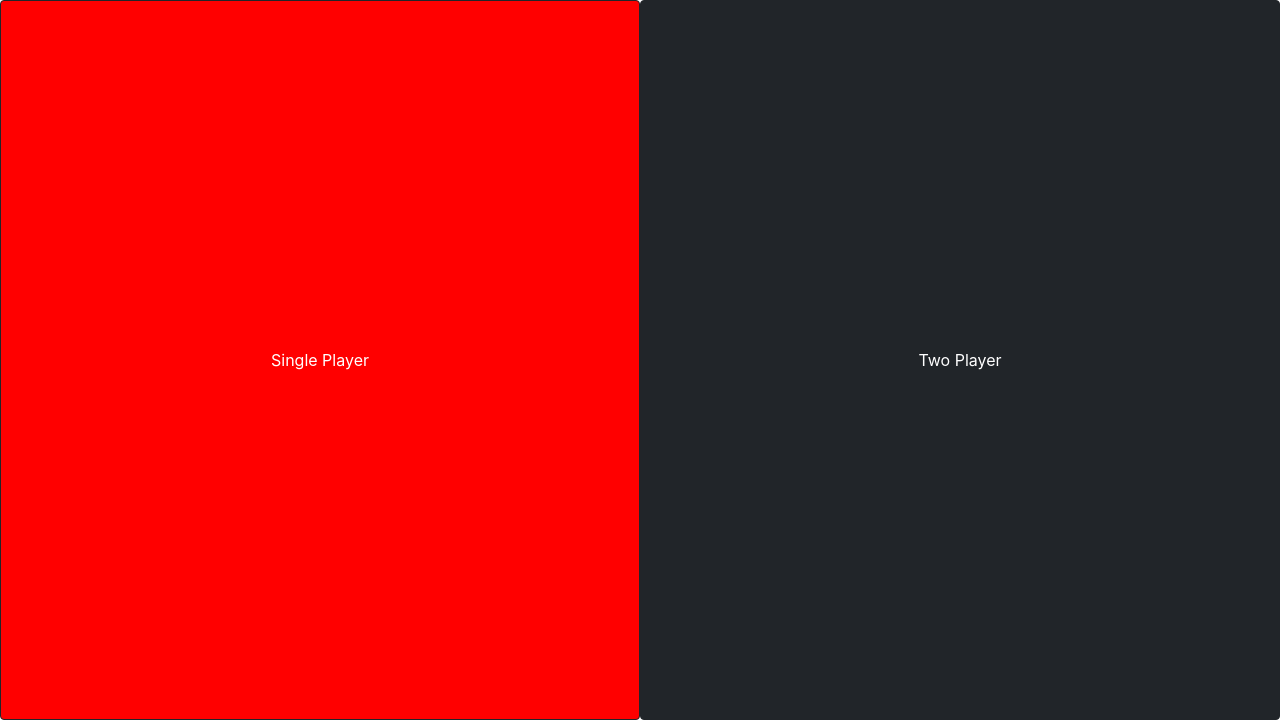
Repository: napan24/tic-tac-toe
Page: /
An editor plug-in stored every save of this project. The page is shown before and after the next save, followed by the edit.
The browser window is 1280 px wide. The pictures show the whole page.
The project was rebuilt for these pictures with package versions that can differ from the ones it lists, and the page was loaded fresh each time. Also part of the build but not shown: src/App.css, src/tik.css, src/App.js, src/Vscomp.js.

Above is the page before, as saved 2022-06-16 18:02:50.

### public/index.html
<!DOCTYPE html>
<html lang="en">
  <head>
    <meta charset="utf-8" />
    <link rel="icon" href="%PUBLIC_URL%/favicon.ico" />
    <meta name="viewport" content="width=device-width, initial-scale=1" />
    <meta name="theme-color" content="#000000" />
    <meta
      name="description"
      content="Web site created using create-react-app"
    />
    <link rel="apple-touch-icon" href="%PUBLIC_URL%/logo192.png" />
    <!--
      manifest.json provides metadata used when your web app is installed on a
      user's mobile device or desktop. See https://developers.google.com/web/fundamentals/web-app-manifest/
    -->
    <link rel="manifest" href="%PUBLIC_URL%/manifest.json" />
    <!--
      Notice the use of %PUBLIC_URL% in the tags above.
      It will be replaced with the URL of the `public` folder during the build.
      Only files inside the `public` folder can be referenced from the HTML.

      Unlike "/favicon.ico" or "favicon.ico", "%PUBLIC_URL%/favicon.ico" will
      work correctly both with client-side routing and a non-root public URL.
      Learn how to configure a non-root public URL by running `npm run build`.
    -->
    <link href="https://cdn.jsdelivr.net/npm/bootstrap@5.1.3/dist/css/bootstrap.min.css" rel="stylesheet" integrity="sha384-1BmE4kWBq78iYhFldvKuhfTAU6auU8tT94WrHftjDbrCEXSU1oBoqyl2QvZ6jIW3" crossorigin="anonymous">
    <script src="https://cdn.jsdelivr.net/npm/bootstrap@5.1.3/dist/js/bootstrap.bundle.min.js" integrity="sha384-ka7Sk0Gln4gmtz2MlQnikT1wXgYsOg+OMhuP+IlRH9sENBO0LRn5q+8nbTov4+1p" crossorigin="anonymous"></script>
    <title>React App</title>
  </head>
  <body>
    <noscript>You need to enable JavaScript to run this app.</noscript>
    <div id="root"></div>
    <!--
      This HTML file is a template.
      If you open it directly in the browser, you will see an empty page.

      You can add webfonts, meta tags, or analytics to this file.
      The build step will place the bundled scripts into the <body> tag.

      To begin the development, run `npm start` or `yarn start`.
      To create a production bundle, use `npm run build` or `yarn build`.
    -->
  </body>
</html>

### src/index.js
import React from 'react';
import ReactDOM from 'react-dom/client';
import './index.css';
import App from './App';
import Home from './Home';
import Vscomp from './Vscomp';
import reportWebVitals from './reportWebVitals';

const root = ReactDOM.createRoot(document.getElementById('root'));
root.render(
  <React.StrictMode>
    <Home />
  </React.StrictMode>
);

// If you want to start measuring performance in your app, pass a function
// to log results (for example: reportWebVitals(console.log))
// or send to an analytics endpoint. Learn more: https://bit.ly/CRA-vitals
reportWebVitals();

### src/Home.js
import React from 'react';
{/* <h5 style={{textAlign:"center",fontSize:"3rem"}}>
            Tic Tac Toe
        </h5> */}
export default function () {
  return (
    <>
        <button type="button" class="btn btn-dark" style={{width:"50vw",height:"100vh",backgroundColor:"red"}}>
            Single Player
        </button>
        <button type="button" class="btn btn-dark" style={{width:"50vw",height:"100vh"}}>
            Two Player
        </button>
    </>

  )
}

Loaded but not shown: src/index.css (common file); src/reportWebVitals.js (common file)

After the next save:
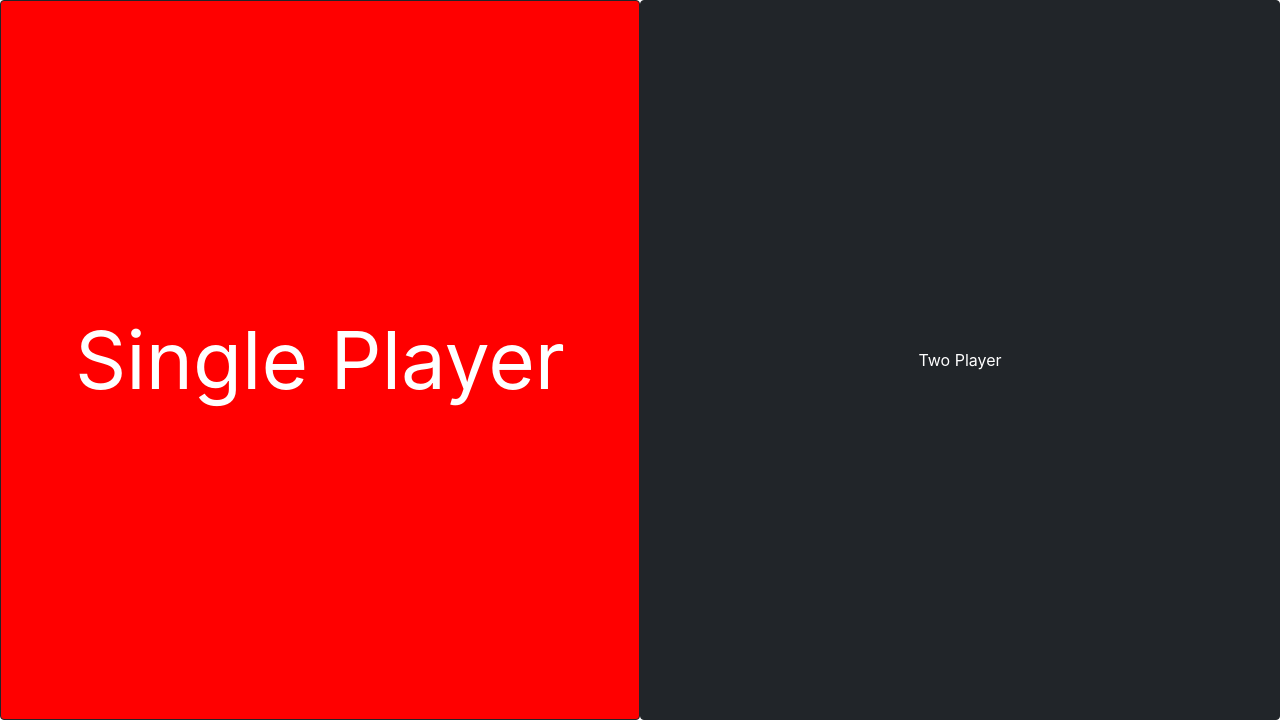
Saved 20 s later.
--- a/src/Home.js
+++ b/src/Home.js
@@ -5,7 +5,7 @@ import React from 'react';
 export default function () {
   return (
     <>
-        <button type="button" class="btn btn-dark" style={{width:"50vw",height:"100vh",backgroundColor:"red"}}>
+        <button type="button" class="btn btn-dark" style={{width:"50vw",height:"100vh",backgroundColor:"red",fontSize:"5rem"}}>
             Single Player
         </button>
         <button type="button" class="btn btn-dark" style={{width:"50vw",height:"100vh"}}>
